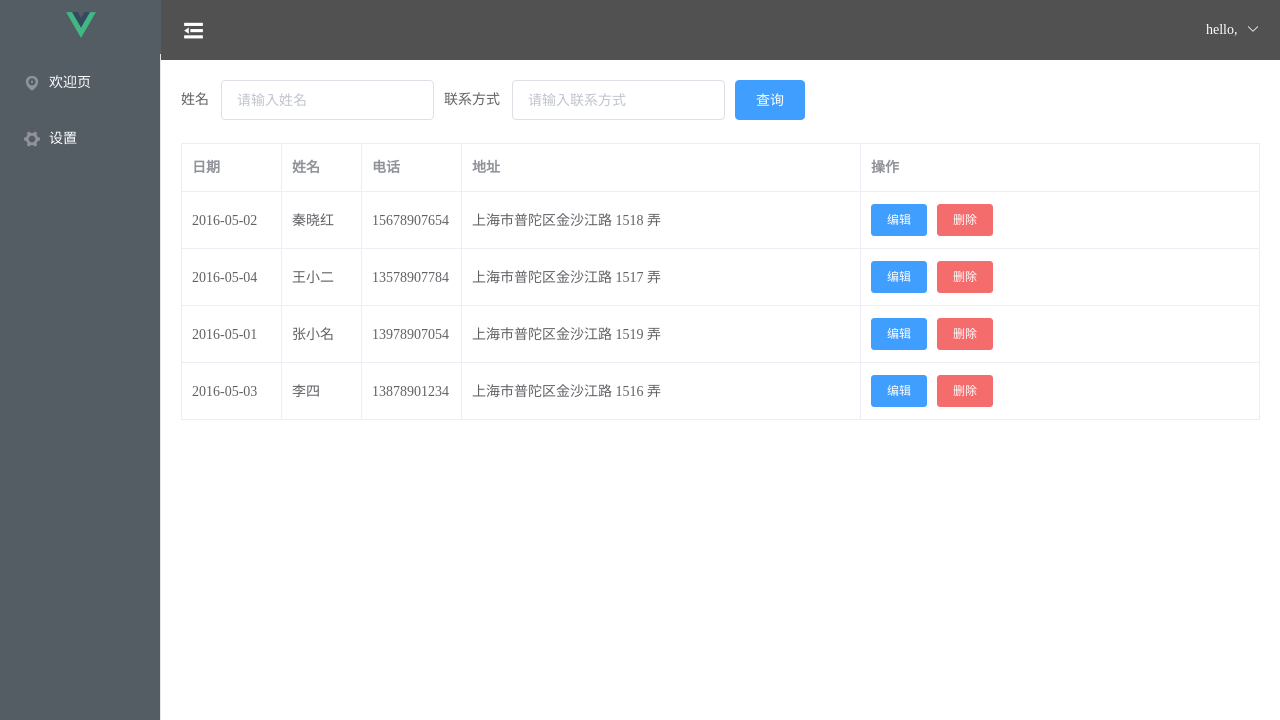
Repository: qianxuebing/admin
Page: /Layout/Table
The author's editor kept a copy of each file at every save. The page is drawn from the files as they stood at one save, then again after the next save.
The browser window is 1280 px wide. The pictures show the whole page.
The project was rebuilt for these pictures with package versions that can differ from the ones it lists, and the page was loaded fresh each time. Also part of the build but not shown: src/views/login/Login.vue. Imported but missing from the stored project, and not drawn on this page: src/views/home/Home.

Above is the page before, as saved 2019-12-10 16:05:23.

After the next save:
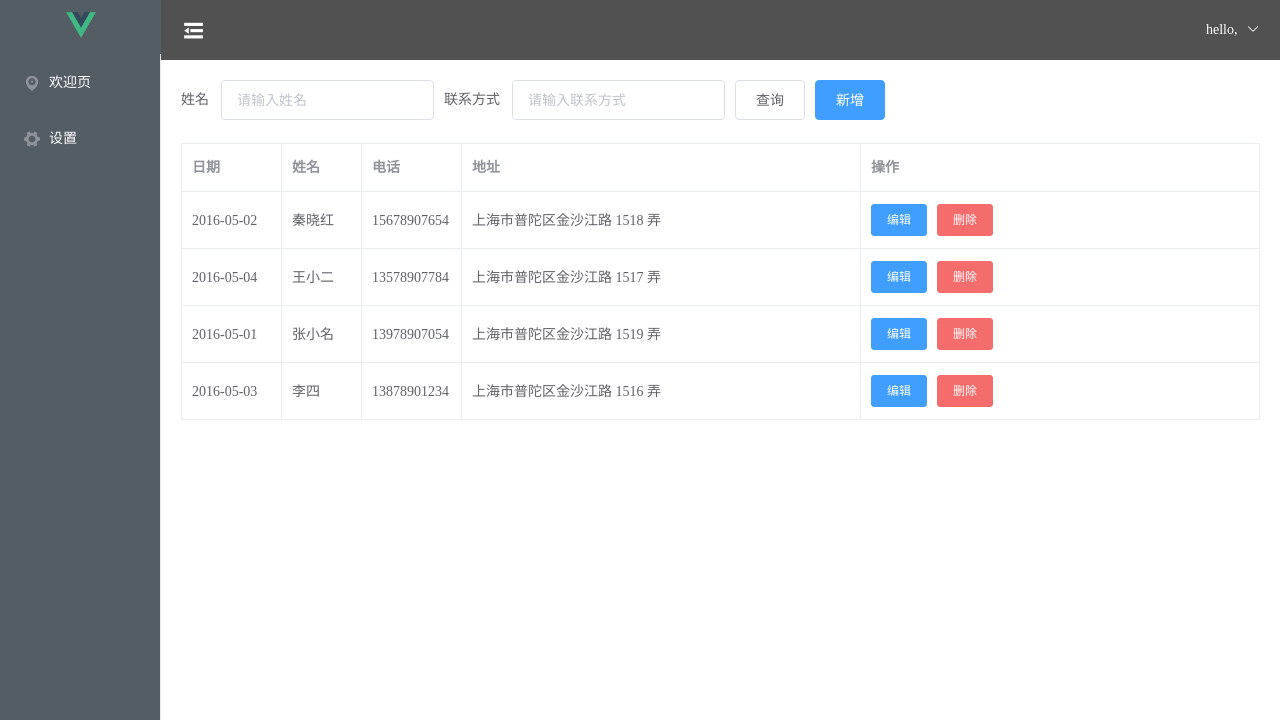
Saved 9 min 45 s later.
--- a/src/views/table/Table.vue
+++ b/src/views/table/Table.vue
@@ -8,7 +8,8 @@
          <el-input v-model="formInline.telephone" placeholder="请输入联系方式"></el-input>
       </el-form-item>
       <el-form-item>
-        <el-button type="primary" @click="onSearch">查询</el-button>
+        <el-button @click="onSearch">查询</el-button>
+        <el-button type="primary" @click="onAdd">新增</el-button>
       </el-form-item>
     </el-form>
     <el-table :data="tableData" style="width: 100%" border>
@@ -42,7 +43,7 @@
     </el-table>
 
     <!-- dialog -->
-    <el-dialog title="编辑" :visible.sync="dialogFormVisible">
+    <el-dialog :title="title" :visible.sync="dialogFormVisible">
       <el-form :model="editForm" label-width="80px">
         <el-form-item label="姓名">
           <el-input v-model="editForm.name" autocomplete="off"></el-input>
@@ -68,6 +69,7 @@ export default {
   data () {
     return {
       tableData: tableData,
+      title: '',
       dialogFormVisible: false,
       editIndex: 0,
       formInline: {
@@ -96,8 +98,13 @@ export default {
         })
       }
     },
+    onAdd () {
+      this.title = '新增'
+      this.dialogFormVisible = true
+    },
     handleEdit (index, row) {
       this.editIndex = index
+      this.title = '编辑'
       this.dialogFormVisible = true
       this.editForm = Object.assign({}, row)
     },
@@ -121,7 +128,16 @@ export default {
     },
     onSave () {
       this.dialogFormVisible = false
-      this.tableData.splice(this.editIndex, 1, this.editForm)
+      if (this.title === '新增') {
+        this.tableData.push({
+          date: new Date().toLocaleString,
+          name: this.editForm.name,
+          tel: this.editForm.tel,
+          address: this.editForm.address
+        })
+      } else {
+        this.tableData.splice(this.editIndex, 1, this.editForm)
+      }
     }
   }
 }
